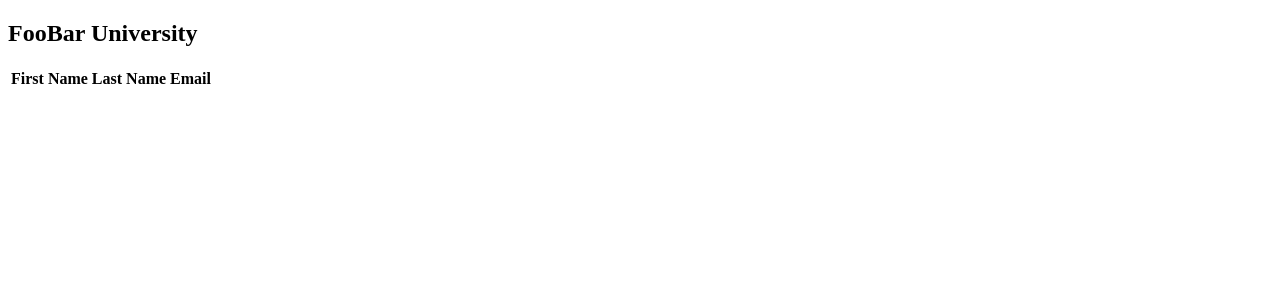
Repository: ddwysg1/JSP-Servlets-and-JDBC-for-beginners
Page: http://localhost/web-student-tracker/StudentControllerServlet
An editor plug-in stored every save of this project. The page is shown before and after the next save, followed by the edit.
The browser window is 1280 px wide. The pictures show the whole page.
The page is served by Tomcat 9. Other server files are loaded and not shown. Queries for data that is not in the repository find no rows.

Above is the page before, as saved 2018-07-18 09:17:25.

### jsp-servlet-jdbc-app/web-student-tracker/WebContent/list-students.jsp
<%@ page import="java.util.*, com.luv2code.web.jdbc.*" %>
<!DOCTYPE html>
<html>
<head>
	<title>Student Tracker App</title>
</head>
<%
	List<Student> theStudents = (List<Student>) request.getAttribute("STUDENT_LIST");
%>
<body>
	<div id="wrapper">
		<div id="header">
			<h2>FooBar University</h2>
		</div>
	</div>

	<div id="container">

		<div id="content">

			<table>

				<tr>
					<th>First Name</th>
					<th>Last Name</th>
					<th>Email</th>
				</tr>

				<% for (Student tempStudent : theStudents) { %>

					<tr>
						<td> <%= tempStudent.getFirstName() %> </td>
						<td> <%= tempStudent.getLastName() %> </td>
						<td> <%= tempStudent.getEmail() %> </td>
					</tr>

				<% } %>

			</table>

		</div>

	</div>
</body>
</html>

### jsp-servlet-jdbc-app/web-student-tracker/src/com/luv2code/web/jdbc/StudentControllerServlet.java
package com.luv2code.web.jdbc;

import java.io.IOException;
import java.util.List;

import javax.annotation.Resource;
import javax.servlet.RequestDispatcher;
import javax.servlet.ServletException;
import javax.servlet.annotation.WebServlet;
import javax.servlet.http.HttpServlet;
import javax.servlet.http.HttpServletRequest;
import javax.servlet.http.HttpServletResponse;
import javax.sql.DataSource;

/**
 * Servlet implementation class StudentControllerServlet
 */
@WebServlet("/StudentControllerServlet")
public class StudentControllerServlet extends HttpServlet {
	private static final long serialVersionUID = 1L;

	private StudentDbUtil studentDbUtil;

	@Resource(name="jdbc/web_student_tracker")
	private DataSource dataSource;


	@Override
	public void init() throws ServletException {
		super.init();

		try {
			studentDbUtil = new StudentDbUtil(dataSource);

		} catch (Exception e) {
			throw new ServletException(e);
		}
	}


	/**
	 * @see HttpServlet#doGet(HttpServletRequest request, HttpServletResponse response)
	 */
	protected void doGet(HttpServletRequest request, HttpServletResponse response) throws ServletException, IOException {
		try {
			listStudents(request, response);
		} catch (Exception e) {
			e.printStackTrace();
		}
	}

	private void listStudents(HttpServletRequest request, HttpServletResponse response) throws Exception {
		List<Student> students = studentDbUtil.getStudents();

		request.setAttribute("STUDENT_LIST", students);

		RequestDispatcher dispatcher = request.getRequestDispatcher("/list-students.jsp");

		dispatcher.forward(request, response);
	}

}

### jsp-servlet-jdbc-app/web-student-tracker/WebContent/css/style.css
html, body{
	margin-left:15px; margin-right:15px;
	padding:0px;
	font-family:Verdana, Arial, Helvetica, sans-serif;
}

table {
	border-collapse:collapse;
	border-bottom:1px solid gray;
	font-family: Tahoma,Verdana,Segoe,sans-serif;
	width:72%;
}

th {
	border-bottom:1px solid gray;
	background:none repeat scroll 0 0 #0775d3;
	padding:10px;
	color: #FFFFFF;
}

tr {
	border-top:1px solid gray;
	text-align:center;
}

tr:nth-child(even) {background: #FFFFFF}
tr:nth-child(odd) {background: #BBBBBB}

#wrapper {width: 100%; margin-top: 0px; }
#header {width: 72%; background: #0775d3; margin-top: 0px; padding:15px 0px 15px 0px;}
#header h2 {width: 100%; margin:auto; color: #FFFFFF;}
#container {width: 100%; margin:auto}
#container h3 {color: #000;}
#container #content {margin-top: 20px;}

.add-student-button {
	border: 1px solid #666;
	border-radius: 5px;
	padding: 4px;
	font-size: 12px;
	font-weight: bold;
	width: 120px;
	padding: 5px 10px;

	margin-bottom: 15px;
	background: #cccccc;
}

After the next save:
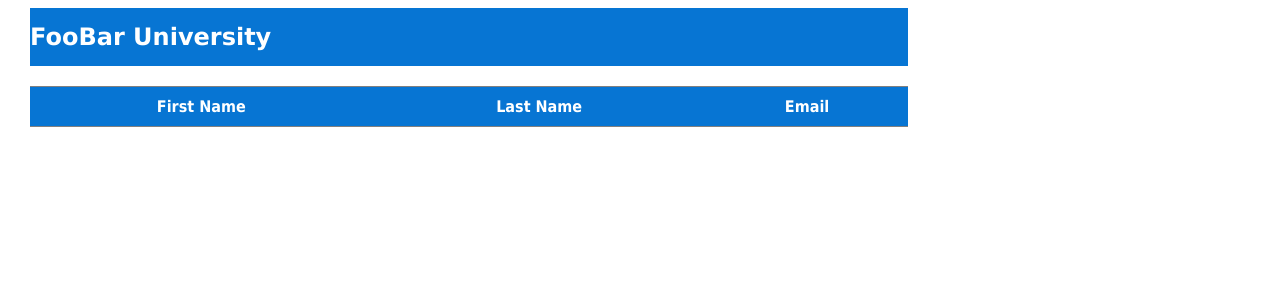
Saved 2 min 25 s later.
--- a/jsp-servlet-jdbc-app/web-student-tracker/WebContent/list-students.jsp
+++ b/jsp-servlet-jdbc-app/web-student-tracker/WebContent/list-students.jsp
@@ -3,6 +3,7 @@
 <html>
 <head>
 	<title>Student Tracker App</title>
+	<link type = "text/css" rel = "stylesheet" href="css/style.css">
 </head>
 <%
 	List<Student> theStudents = (List<Student>) request.getAttribute("STUDENT_LIST");
